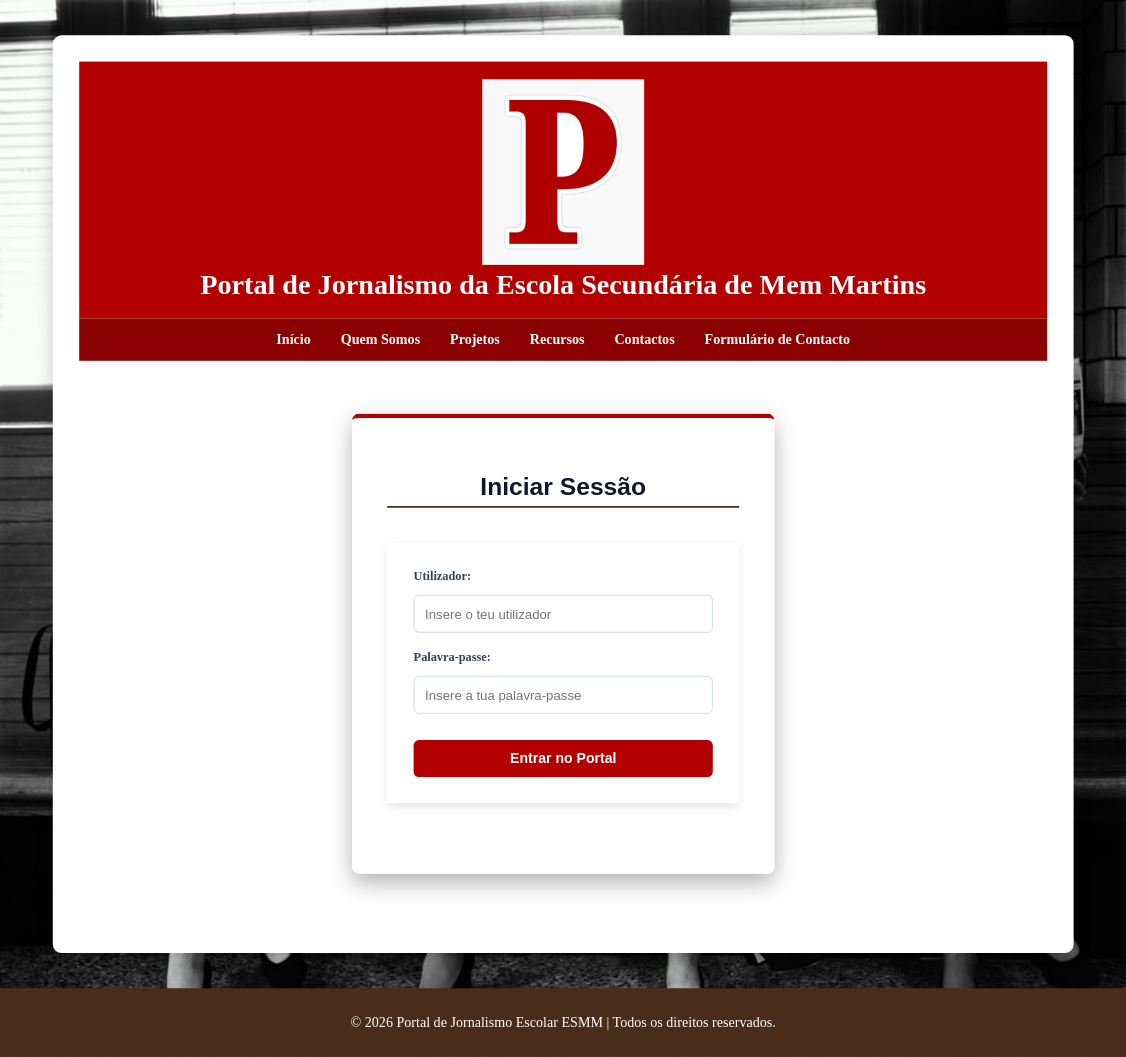
Repository: Sofiampsantos/Portal-de-Jornalismo-Escolar
Page: http://localhost/FormularioContacto/login.jsp
These files come from the project's save history. The page is drawn as it stood at one moment and after the next save; the edit follows.
The browser window is 1280 px wide. The pictures show the whole page, at 88% of full size.
Backgrounds fixed to the window are drawn as part of the page. Some web fonts or font styles are not loaded; a fallback is used. The page is served by Tomcat 10. Other server files are loaded and not shown.

Above is the page before, as saved 2026-05-24 14:49:38.

### ProjetoProgV2/FormularioContacto/src/main/webapp/login.jsp
<%@ page language="java" contentType="text/html; charset=UTF-8" pageEncoding="UTF-8"%>
<!DOCTYPE html>
<html>
<head>
<meta charset="UTF-8">
<title>Portal de Jornalismo Escolar - ESMM - Login</title>
<link rel="stylesheet" type="text/css" href="styles/estilo.css">
<style>
    /* Estilos específicos para tornar a caixa de login muito mais bonita */
    .login-box {
        max-width: 400px;
        margin: 60px auto;
        padding: 40px;
        background-color: rgba(255, 255, 255, 0.95); /* Branco com uma mini transparência elegante */
        border-radius: 8px;
        box-shadow: 0 10px 25px rgba(0, 0, 0, 0.3); /* Sombra para dar profundidade */
        border-top: 5px solid #b30000; /* Linha vermelha de destaque no topo do card */
    }

    .login-box h2 {
        text-align: center;
        color: #0f172a;
        margin-bottom: 30px;
        font-family: 'League Spartan', Arial, sans-serif;
        font-size: 28px;
    }

    .form-group {
        margin-bottom: 20px;
    }

    .form-group label {
        display: block;
        margin-bottom: 8px;
        color: #334155;
        font-weight: bold;
        font-size: 14px;
    }

    .form-group input {
        width: 100%;
        padding: 12px;
        border: 1px solid #cbd5e1;
        border-radius: 6px;
        font-size: 15px;
        box-sizing: border-box;
        transition: all 0.3s ease;
    }

    /* Quando o utilizador clica no campo de texto */
    .form-group input:focus {
        border-color: #b30000;
        outline: none;
        box-shadow: 0 0 0 3px rgba(179, 0, 0, 0.1);
    }

    .btn-login {
        width: 100%;
        background-color: #b30000;
        color: white;
        padding: 12px;
        border: none;
        border-radius: 6px;
        font-size: 16px;
        font-weight: bold;
        cursor: pointer;
        transition: background-color 0.3s ease, transform 0.1s ease;
        margin-top: 10px;
    }

    /* Efeito ao passar o rato no botão */
    .btn-login:hover {
        background-color: #8b0000;
    }

    /* Efeito ao clicar no botão */
    .btn-login:active {
        transform: scale(0.98);
    }

    .error-msg {
        color: #d32f2f;
        background-color: #ffebee;
        padding: 10px;
        border-radius: 4px;
        text-align: center;
        font-weight: bold;
        margin-top: 20px;
        border: 1px solid #ffcdd2;
        font-size: 14px;
    }
</style>
</head>

<body style="background-image: url('img/jornmulheres.jpg'); background-size: cover; background-repeat: no-repeat; background-attachment: fixed; background-position: center;">

  <div class="container">

    <header id="topo">
        <img alt="Fotografia do Portal de Jornalismo Escolar"
             src="img/logoP.jpg" style="width: 184px; height: 211px;">
        <h1>Portal de Jornalismo da Escola Secundária de Mem Martins</h1>
    </header>

    <nav id="navegacao">
        <ul>
            <li><a href="index.jsp">Início</a></li>
            <li><a href="quem_somos.html">Quem Somos</a></li>
            <li><a href="projetos.html">Projetos</a></li>
            <li><a href="recursos.html">Recursos</a></li>
            <li><a href="contactos.html">Contactos</a></li>
            <li><a href="contato.jsp">Formulário de Contacto</a></li>
        </ul>
    </nav>

    <div class="login-box">
        <h2>Iniciar Sessão</h2>

        <form action="LoginServlet" method="post">
            <div class="form-group">
                <label>Utilizador:</label>
                <input type="text" name="utilizador" placeholder="Insere o teu utilizador" required>
            </div>

            <div class="form-group">
                <label>Palavra-passe:</label>
                <input type="password" name="password" placeholder="Insere a tua palavra-passe" required>
            </div>

            <button type="submit" class="btn-login">Entrar no Portal</button>
        </form>

        <% if(request.getAttribute("erro") != null) { %>
            <div class="error-msg">
                ⚠️ <%= request.getAttribute("erro") %>
            </div>
        <% } %>
    </div>

  </div>

  <footer id="rodape">
      <p>&copy; 2026 Portal de Jornalismo Escolar ESMM | Todos os direitos reservados.</p>
  </footer>

</body>
</html>

### ProjetoProgV2/FormularioContacto/src/main/webapp/styles/estilo.css
@charset "UTF-8";
@import url('https://fonts.googleapis.com/css2?family=League+Spartan:wght@400;600;700&display=swap');


/* ===== ESTILO GERAL ===== */
body {
    margin: 0;
    padding: 0;
    font-family: "Times New Roman", Times, serif;
    color: #4a2c1a;
}

.container {
    max-width: 1100px;
    margin: 40px auto;
    background-color: white;
    padding: 30px;
    border-radius: 10px;
    box-shadow: 0 0 20px rgba(0,0,0,0.2);
}

/* ===== CABEÇALHO ===== */
#topo {
    background-color: #b30000;
    color: #ffffff;
    padding: 20px;
    text-align: center;
}

#topo h1 { margin: 0; }

/* ===== NAVEGAÇÃO ===== */
nav {
    display: flex;
    justify-content: center;
    background-color: #8B0000;
    padding: 15px 0;
}

nav ul {
    list-style: none;
    padding: 0;
    margin: 0;
}

nav ul li {
    display: inline;
    margin: 0 15px;
}

nav a {
    color: white;
    text-decoration: none;
    font-weight: bold;
}

nav a:hover {
    text-decoration: underline;
}

/* ===== CONTEÚDO E TÍTULOS ===== */
#conteudo { padding: 30px; animation: aparecer 2s ease-in; }

h2 {
    color: #b30000;
    border-bottom: 2px solid #4a2c1a;
    padding-bottom: 5px;
    font-family: 'League Spartan', Arial, sans-serif;
}

p { line-height: 1.6; }

/* ===== IMAGENS ===== */
/* Imagem do logo com classe específica */
.logo { width: 184px; height: 211px; }

/* Imagens do conteúdo */
section img {
    width: 240px;
    height: auto;
    margin: 5px;
}

/* ===== TABELA ===== */
table {
    width: 90%;
    margin: 20px auto;
    border-collapse: collapse;
}

th, td {
    padding: 10px;
    border: 1px solid #4a2c1a;
    text-align: center;
}

th { background-color: #b30000; color: #ffffff; }

/* CORREÇÃO MÁXIMA: Força os links de ordenação a ficarem brancos em qualquer estado */
th a,
th a:link,
th a:visited,
th a:active {
    color: #ffffff !important;
    text-decoration: none !important;
}

th a:hover {
    text-decoration: underline !important;
    color: #ffffff !important;
}

/* ===== FORMULÁRIO ===== */
form {
    max-width: 600px;
    margin: 40px auto;
    padding: 30px;
    box-shadow: 0 4px 10px rgba(0, 0, 0, 0.1);
}

form input, form textarea, form select {
    width: 100%;
    padding: 10px;
    margin-top: 5px;
    border: 1px solid #c4a484;
}

/* ===== RODAPÉ ===== */
#rodape {
    background-color: #4a2c1a;
    color: #ffffff;
    text-align: center;
    padding: 10px;
    margin-top: 40px;
}

/* ===== ANIMAÇÕES ===== */
@keyframes aparecer {
    from { opacity: 0; }
    to { opacity: 1; }
}

.card { transition: transform 0.3s ease; }
.card:hover { transform: translateY(-5px); }


/* Remove a linha vermelha grossa de cima da pesquisa */
.container form,
#conteudo form,
form[action*="pesquisar"],
form[action*="buscar"] {
    border-top: none !important;
}

After the next save:
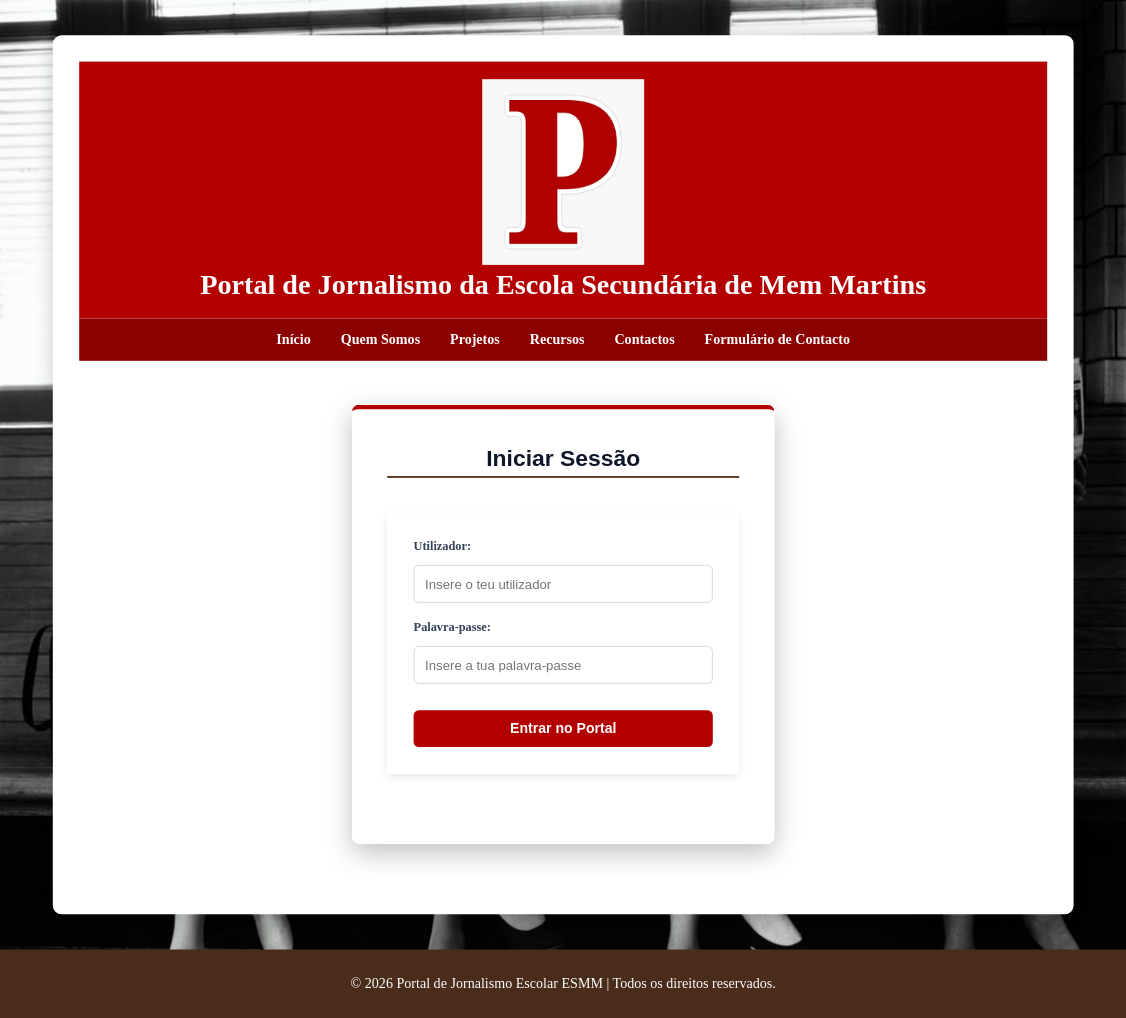
Saved 3 min 33 s later.
--- a/ProjetoProgV2/FormularioContacto/src/main/webapp/login.jsp
+++ b/ProjetoProgV2/FormularioContacto/src/main/webapp/login.jsp
@@ -6,23 +6,25 @@
 <title>Portal de Jornalismo Escolar - ESMM - Login</title>
 <link rel="stylesheet" type="text/css" href="styles/estilo.css">
 <style>
-    /* Estilos específicos para tornar a caixa de login muito mais bonita */
+    /* Estilos adicionais para garantir que o "card" fica lindo e centralizado */
     .login-box {
         max-width: 400px;
-        margin: 60px auto;
+        margin: 50px auto;
         padding: 40px;
-        background-color: rgba(255, 255, 255, 0.95); /* Branco com uma mini transparência elegante */
+        background-color: rgba(255, 255, 255, 0.96); /* Fundo branco com ligeira opacidade */
         border-radius: 8px;
-        box-shadow: 0 10px 25px rgba(0, 0, 0, 0.3); /* Sombra para dar profundidade */
-        border-top: 5px solid #b30000; /* Linha vermelha de destaque no topo do card */
+        box-shadow: 0 10px 30px rgba(0, 0, 0, 0.25);
+        border-top: 5px solid #b30000; /* Linha de destaque vermelha */
+        text-align: left;
     }
 
     .login-box h2 {
         text-align: center;
         color: #0f172a;
-        margin-bottom: 30px;
+        margin-top: 0;
+        margin-bottom: 25px;
         font-family: 'League Spartan', Arial, sans-serif;
-        font-size: 28px;
+        font-size: 26px;
     }
 
     .form-group {
@@ -47,11 +49,10 @@
         transition: all 0.3s ease;
     }
 
-    /* Quando o utilizador clica no campo de texto */
     .form-group input:focus {
         border-color: #b30000;
         outline: none;
-        box-shadow: 0 0 0 3px rgba(179, 0, 0, 0.1);
+        box-shadow: 0 0 0 3px rgba(179, 0, 0, 0.15);
     }
 
     .btn-login {
@@ -68,12 +69,10 @@
         margin-top: 10px;
     }
 
-    /* Efeito ao passar o rato no botão */
     .btn-login:hover {
         background-color: #8b0000;
     }
 
-    /* Efeito ao clicar no botão */
     .btn-login:active {
         transform: scale(0.98);
     }
@@ -87,7 +86,7 @@
         font-weight: bold;
         margin-top: 20px;
         border: 1px solid #ffcdd2;
-        font-size: 14px;
+        font-size: 13px;
     }
 </style>
 </head>
